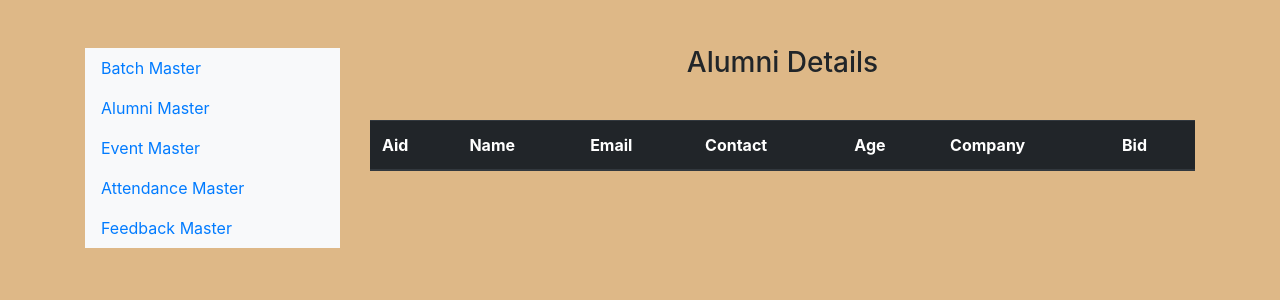
Repository: Shreyash1107/Web_Projects
Page: http://localhost/AlumnieventmanagementApplication/Viewalumni.jsp
The author's editor kept a copy of each file at every save. The page is drawn from the files as they stood at one save, then again after the next save.
The browser window is 1280 px wide. The pictures show the whole page.
The page is served by Tomcat 9. Nobody is signed in. The application's start-up code is not run. Other server files are loaded and not shown. Queries for data that is not in the repository find no rows.

Above is the page before, as saved 2024-08-02 08:20:57.

### AlumnieventmanagementApplication/src/main/webapp/Viewalumni.jsp
<%@page import="org.techhub.service.*"%>
<%@page import="org.techhub.model.*"%>
<%@page import="java.util.*"%>
<%@ page language="java" contentType="text/html; charset=ISO-8859-1"
	pageEncoding="ISO-8859-1"%>
<!DOCTYPE html>
<html>
<head>
<meta charset="ISO-8859-1">
<title>View Alumni</title>
<link rel="stylesheet"
	href="https://cdn.jsdelivr.net/npm/bootstrap@4.0.0/dist/css/bootstrap.min.css"
	integrity="sha384-Gn5384xqQ1aoWXA+058RXPxPg6fy4IWvTNh0E263XmFcJlSAwiGgFAW/dAiS6JXm"
	crossorigin="anonymous">
	<link rel="stylesheet" href="CSS/view.css"/>
</head>
<body>
	<div class="container mt-5">
		<div class="row">
			<div class="col-md-3">
				<div class="nav flex-column nav-pills menubar bg-light" id="v-pills-tab"
					role="tablist" aria-orientation="vertical">
					<a class="nav-link" href="index.jsp">Batch Master</a>
					 <a class="nav-link" href="Alumnimaster.jsp">Alumni Master</a>
					 <a class="nav-link" href="EventMaster.jsp">Event Master</a>
					 <a class="nav-link" href="#v-pills-attendance">Attendance Master</a>
					 <a class="nav-link" href="#v-pills-feedback">Feedback Master</a>
				</div>
			</div>
			<div class="col-md-9 content">
				<div class="tab-content" id="v-pills-tabContent">
					<div class="tab-pane fade show active" id="v-pills-home"
						role="tabpanel" aria-labelledby="v-pills-home-tab">
						<div class="form-container mt-5">
						<center>
							<h3 class="heading">
								Alumni Details
							</h3>
						</center>
							<table class="table table-striped table-dark">
								<thead>
									<tr>
										<th scope="col">Aid</th>
										<th scope="col">Name</th>
										<th scope="col">Email</th>
										<th scope="col">Contact</th>
										<th scope="col">Age</th>
										<th scope="col">Company</th>
										<th scope="col">Bid</th>
									</tr>
								</thead>
								<tbody>
									<%
									Alumnimasterservice amservice = new AlumniMasterServiceImpl();
									Vector<AlumniMasterModel> vect = amservice.getalumni();
									if (vect != null) {
										for (AlumniMasterModel amodel : vect) {
									%>
									<tr>
										<td><%=amodel.getid()%></td>
										<td><%=amodel.getname()%></td>
										<td><%=amodel.getEmail()%></td>
										<td><%=amodel.getContact()%></td>
										<td><%=amodel.getAge()%></td>
										<td><%=amodel.getCompany()%></td>
										<td><%=amodel.getBid()%></td>
									</tr>
									<%
									}
									}
									%>
								</tbody>
							</table>
						</div>
					</div>
					<div class="tab-pane fade" id="v-pills-profile" role="tabpanel"
						aria-labelledby="v-pills-profile-tab"></div>
					<div class="tab-pane fade" id="v-pills-messages" role="tabpanel"
						aria-labelledby="v-pills-messages-tab"></div>
					<div class="tab-pane fade" id="v-pills-settings" role="tabpanel"
						aria-labelledby="v-pills-settings-tab"></div>
				</div>
			</div>
		</div>
	</div>
</body>
</html>

### AlumnieventmanagementApplication/src/main/java/org/techhub/service/Alumnimasterservice.java
package org.techhub.service;

import java.util.Vector;

import org.techhub.model.AlumniMasterModel;

public interface Alumnimasterservice
{
	public boolean isAlumniAdded(AlumniMasterModel am);
	public Vector<AlumniMasterModel> getalumni();
	public boolean isAlumniUpdated(AlumniMasterModel am);
	public boolean isAlumnidelete(AlumniMasterModel am);
}

### AlumnieventmanagementApplication/src/main/java/org/techhub/service/AlumniMasterServiceImpl.java
package org.techhub.service;

import java.util.Vector;

import org.techhub.model.AlumniMasterModel;
import org.techhub.repository.AlumniMasterModelrepositoryImpl;
import org.techhub.repository.Alumnirepository;

public class AlumniMasterServiceImpl implements Alumnimasterservice
{
	Alumnirepository amrepo = new AlumniMasterModelrepositoryImpl();
	public boolean isAlumniAdded(AlumniMasterModel am)
	{
		return amrepo.isAlumniAdded(am);
	}
	public Vector<AlumniMasterModel> getalumni()
	{
		Vector v = amrepo.getalumni();
		return v;
	}
	public boolean isAlumniUpdated(AlumniMasterModel am)
	{
		return amrepo.isAlumniUpdated(am);
	}
	public boolean isAlumnidelete(AlumniMasterModel am)
	{
		return amrepo.isAlumnidelete(am);
	}
}

### AlumnieventmanagementApplication/src/main/java/org/techhub/repository/Alumnirepository.java
package org.techhub.repository;

import java.util.Vector;

import org.techhub.model.AlumniMasterModel;

public interface Alumnirepository
{
	public boolean isAlumniAdded(AlumniMasterModel am);
	public Vector<AlumniMasterModel> getalumni();
	public boolean isAlumniUpdated(AlumniMasterModel am);
	public boolean isAlumnidelete(AlumniMasterModel am);
}

### AlumnieventmanagementApplication/src/main/java/org/techhub/repository/DB.java
package org.techhub.repository;

import java.sql.Connection;
import java.sql.DriverManager;
import java.sql.PreparedStatement;
import java.sql.ResultSet;
import java.sql.SQLException;

public class DB
{
	protected Connection conn;
	protected ResultSet rs;
	protected PreparedStatement pstmt;
	public DB()
	{
		try
		{
			Class.forName("com.mysql.cj.jdbc.Driver");
		}
		catch (ClassNotFoundException e)
		{
			e.printStackTrace();
		}
		try
		{
			conn = DriverManager.getConnection("jdbc:mysql://localhost:3306/alumnimanagement", "root", "Shreyash@123");
		}
		catch (SQLException e)
		{
			e.printStackTrace();
		}
	}
}

### AlumnieventmanagementApplication/src/main/java/org/techhub/repository/AlumniMasterModelrepositoryImpl.java
package org.techhub.repository;

import java.util.Vector;

import org.techhub.model.AlumniMasterModel;

public class AlumniMasterModelrepositoryImpl extends DB implements Alumnirepository
{
	Vector<AlumniMasterModel> vect = null;
	public boolean isAlumniAdded(AlumniMasterModel am)
	{
		int val;
		try
		{
			pstmt = conn.prepareStatement("insert into alumnimaster values('0',?,?,?,?,?,?)");
			pstmt.setString(1, am.getname());
			pstmt.setString(2, am.getEmail());
			pstmt.setString(3, am.getContact());
			pstmt.setInt(4, am.getAge());
			pstmt.setString(5, am.getCompany());
			pstmt.setInt(6, am.getBid());
			val = pstmt.executeUpdate();
			return val>0?true:false;
		}
		catch(Exception ex)
		{
			ex.printStackTrace();
			return false;
		}
	}
	public Vector<AlumniMasterModel> getalumni()
	{
		vect = new Vector<AlumniMasterModel>();
		try
		{
			pstmt = conn.prepareStatement("select *from Alumnimaster");
			rs = pstmt.executeQuery();
			while(rs.next())
			{
				AlumniMasterModel amodel = new AlumniMasterModel();
				amodel.setAid(rs.getInt(1));
				amodel.setname(rs.getString(2));
				amodel.setEmail(rs.getString(3));
				amodel.setContact(rs.getString(4));
				amodel.setAge(rs.getInt(5));
				amodel.setCompany(rs.getString(6));
				amodel.setBid(rs.getInt(7));
				vect.add(amodel);
			}
			return vect.size()>0?vect:null;
		}
		catch(Exception ex)
		{
			ex.printStackTrace();
		}
		return null;
	}
	public boolean isAlumniUpdated(AlumniMasterModel am)
	{
		int val;
		try
		{
			pstmt = conn.prepareStatement("update Alumnimaster set Name = ?,Email = ?,Contact=?,Age = ?, Company = ?, Bid = ? where Aid = ?");
			pstmt.setString(1, am.getname());
			pstmt.setString(2, am.getEmail());
			pstmt.setString(3, am.getContact());
			pstmt.setInt(4, am.getAge());
			pstmt.setString(5, am.getCompany());
			pstmt.setInt(6, am.getBid());
			pstmt.setInt(7, am.getid());
			val = pstmt.executeUpdate();
			return val>0?true:false;
		}
		catch(Exception ex)
		{
			ex.printStackTrace();
			return false;
		}
	}
	public boolean isAlumnidelete(AlumniMasterModel am)
	{
		int val;
		try
		{
			pstmt = conn.prepareStatement("delete from Alumnimaster where Aid = ?");
			pstmt.setInt(1, am.getid());
			val = pstmt.executeUpdate();
			return val>0?true:false;
		}
		catch(Exception ex)
		{
			ex.printStackTrace();
			return false;
		}
	}
}

### AlumnieventmanagementApplication/src/main/webapp/CSS/view.css
@charset "ISO-8859-1";
.heading
{
	margin-top: -50px;
	margin-bottom: 40px;
}
body
{
	background-color:burlywood
}

After the next save:
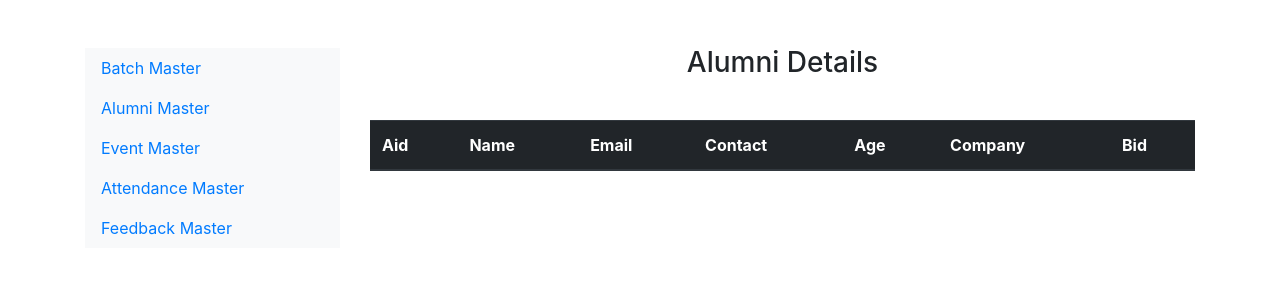
Saved 6 s later.
--- a/AlumnieventmanagementApplication/src/main/webapp/CSS/view.css
+++ b/AlumnieventmanagementApplication/src/main/webapp/CSS/view.css
@@ -6,5 +6,5 @@
 }
 body
 {
-	background-color:burlywood
+	/*background-color:burlywood*/
 }
